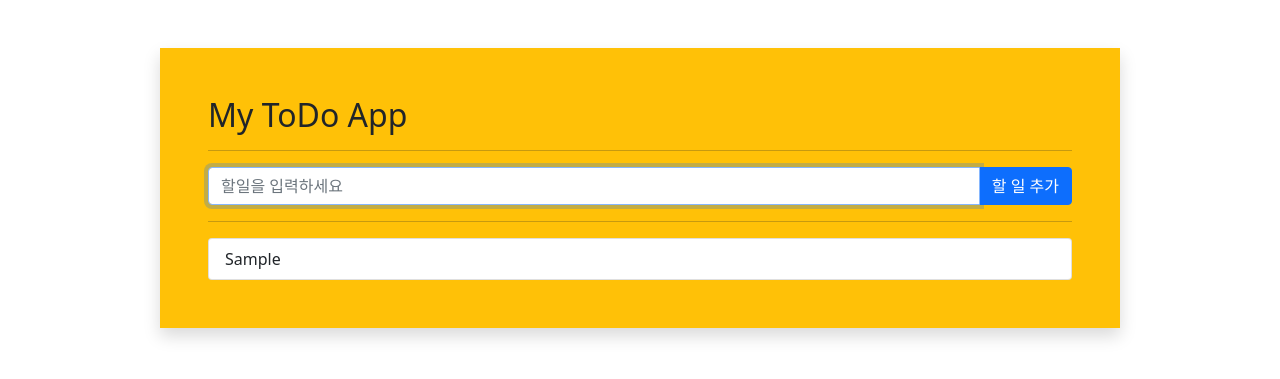
Repository: kiyongee2/kh-jsp
Page: http://localhost/jwbook/ch03/todolist.jsp
An editor plug-in stored every save of this project. The page is shown before and after the next save, followed by the edit.
The browser window is 1280 px wide. The pictures show the whole page.
Empty fields were first filled with sample values (such as "Sample", 5 or name@example.com).
After loading, the first visible `button.btn` was clicked once.
The page is served by Tomcat 9. Other server files are loaded and not shown.

Above is the page before, as saved 2023-11-18 09:30:04.

### jwbook/src/main/webapp/ch03/todolist.jsp
<%@ page language="java" contentType="text/html; charset=UTF-8"
    pageEncoding="UTF-8"%>
<!DOCTYPE html>
<html>
<head>
<meta charset="UTF-8">
<title>todo list</title>
<link rel="stylesheet" href="../resources/css/bootstrap.css">
</head>
<body>
	<div class="container bg-warning shadow mx-auto mt-5 p-5 w-75">
		<h2>My ToDo App</h2>
		<hr>
		<div class="input-group">
			<input id="item" type="text" class=form-control placeholder="할일을 입력하세요">
			<button type="button" class="btn btn-primary" onclick="addItem()">할 일 추가</button>
		</div>
		<hr>
		<ul id="todolist" class="list-group"></ul>
	</div>

	<script>
		function addItem(){
			let todo = document.getElementById("item");
			let list = document.getElementById("todolist");
			let listitem = document.createElement("li");
			//listitem에 스타일 넣기
			listitem.className
				= "d-flex list-group-item"
			listitem.innerText = todo.value;
			list.appendChild(listitem);

			//입력칸 비우기 및 포커스 이동
			todo.value = "";
			todo.focus();
		}
	</script>
</body>
</html>

Loaded but not shown: jwbook/src/main/webapp/resources/css/bootstrap.css (library)

After the next save:
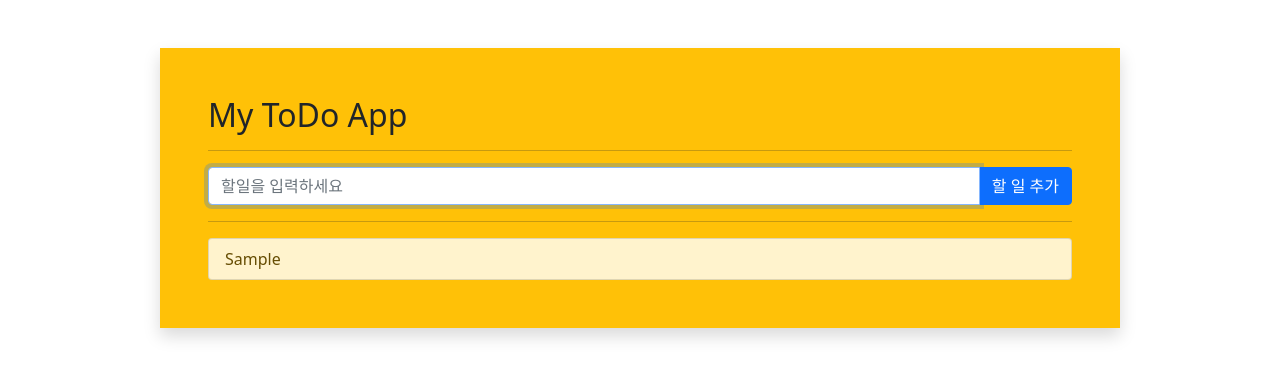
Saved 71 s later.
--- a/jwbook/src/main/webapp/ch03/todolist.jsp
+++ b/jwbook/src/main/webapp/ch03/todolist.jsp
@@ -26,7 +26,7 @@
 			let listitem = document.createElement("li");
 			//listitem에 스타일 넣기
 			listitem.className
-				= "d-flex list-group-item"
+				= "d-flex list-group-item list-group-item-action list-group-item-warning";
 			listitem.innerText = todo.value;
 			list.appendChild(listitem);
 
